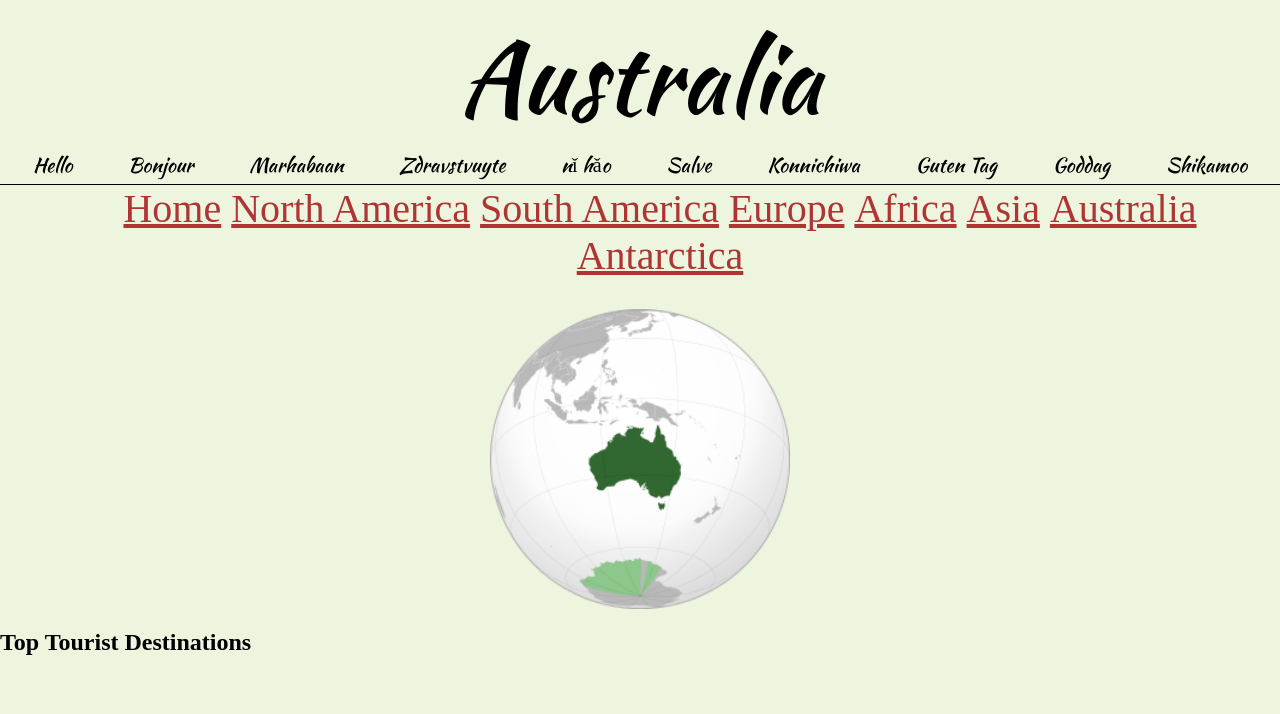
Repository: alharama/StaticWebsite
Page: au_page.html
The author's editor kept a copy of each file at every save. The page is drawn from the files as they stood at one save, then again after the next save.
The browser window is 1280 px wide. The pictures show the whole page.

Above is the page before, as saved 2021-09-20 23:26:24.

After the next save:
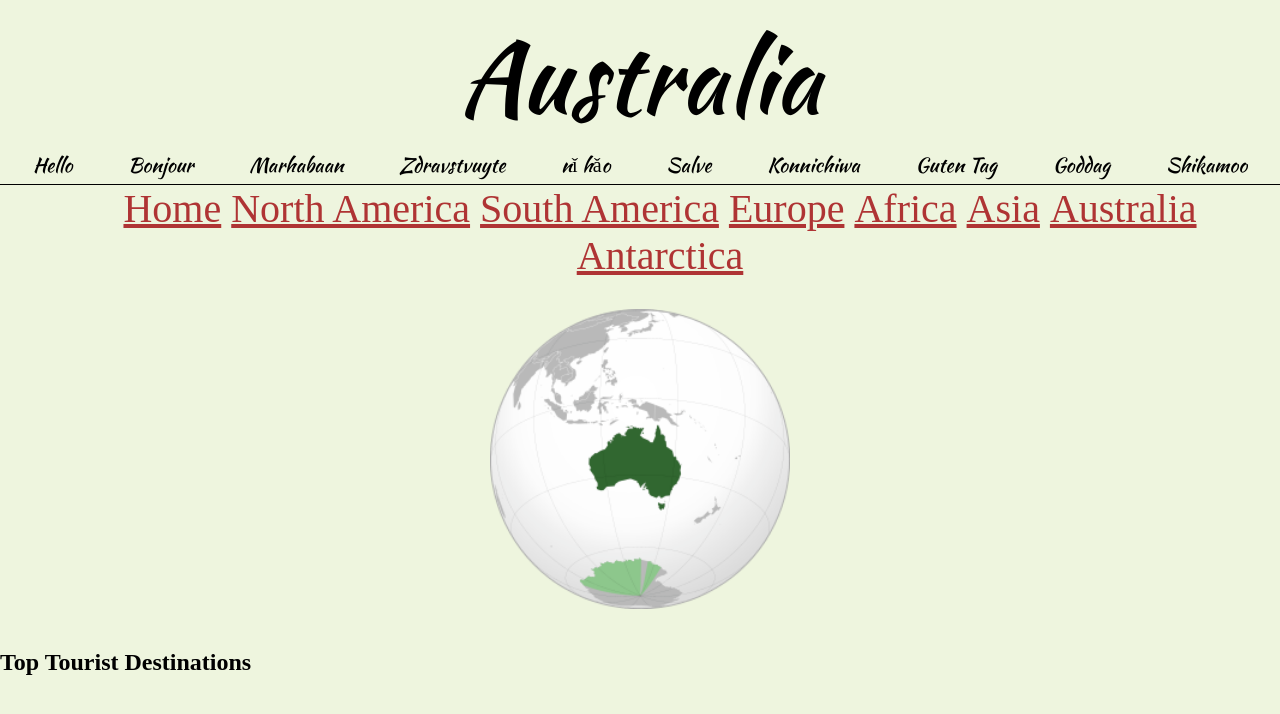
Saved 16 s later.
--- a/au_page.html
+++ b/au_page.html
@@ -68,6 +68,10 @@
 
         }
 
+        #destinations {
+            margin-top: 40px;
+        }
+
 
     </style>
 
